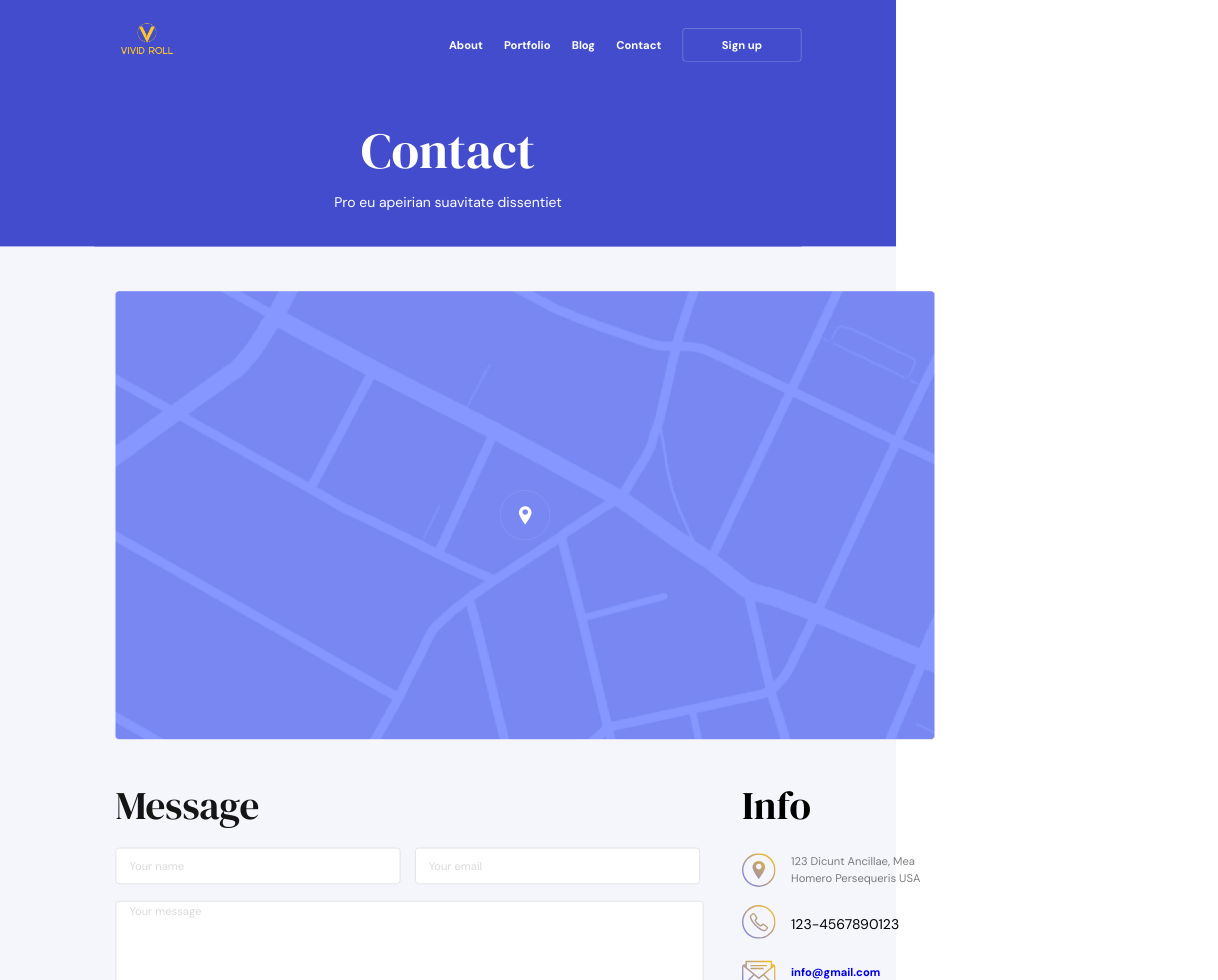
Repository: heyyrahul/vivid-roll-405
Page: contact.html
The author's editor kept a copy of each file at every save. The page is drawn from the files as they stood at one save, then again after the next save.
The browser window is 1280 px wide. The page is 1740 px wide, so the pictures cover 1740 px, including what lies to the right of the window. The pictures show the part of the page from y = 0 to 1400 px (the page is 2371 px tall), at 70% of full size.
The style sheet was rebuilt from its Sass, Less or Tailwind sources for each picture, by a compiler version that may differ from the author's.

Above is the page before, as saved 2023-11-05 21:52:11.

### contact.html
<!DOCTYPE html>
<html lang="en">

<head>
  <meta charset="UTF-8">
  <meta name="viewport" content="width=device-width, initial-scale=1.0">
  <link rel="stylesheet" href="https://fonts.googleapis.com/css2?family=DM Serif Display:wght@400&display=swap" />
  <link rel="stylesheet" href="https://fonts.googleapis.com/css2?family=DM Sans:wght@400;700&display=swap" />
  <link rel="stylesheet"
    href="https://fonts.googleapis.com/css2?family=Material+Symbols+Outlined:opsz,wght,FILL,GRAD@20..48,100..700,0..1,-50..200" />
  <link rel="stylesheet" href="styles.css">
  <title>Contact</title>
</head>

<body>
  <div id="parent2">
    <div class="gaurav">
      <div class="about">
        <nav>
          <div class="logo">
            <!-- <h3>LOGO</h3> -->
            <a href="/"><img src="mainlogo.png" alt="LOGO">
          </div>

          <div class="links">
            <a href="./index.html">About</a>
            <a href="">Portfolio</a>
            <a href="">Blog</a>
            <a href="./contact.html">Contact</a>
            <button>Sign up</button>
            <!-- <svg xmlns="http://www.w3.org/2000/svg" width="20" height="14" viewBox="0 0 20 14" fill="none">
              <path fill-rule="evenodd" clip-rule="evenodd" d="M0 0H20V2H0V0ZM0 6H20V8H0V6ZM20 12H0V14H20V12Z"
                fill="white" />
            </svg> -->
            <span class="material-symbols-outlined">
              menu
            </span>
            <div id="hoverlinkss">
              <a href="#">About</a>
              <a href="#">Portfolio</a>
              <a href="#">Blog</a>
              <a href="./contact.html">Contact</a>
            </div>
          </div>
        </nav>
        <div class="upper2">
          <h1>Contact</h1>
          <p>Pro eu apeirian suavitate dissentiet</p>
        </div>
      </div>
      <div class="outer">

        <div class="map">
          <div class="pointers">
            <svg class="op1" xmlns="http://www.w3.org/2000/svg" width="108" height="108" viewBox="0 0 108 108"
              fill="none">
              <path opacity="0.102841"
                d="M54.0011 107C24.7294 107 1 83.2754 1 54C1 24.729 24.7294 1 54.0011 1C83.2705 1 107 24.7311 107 54C107 83.2754 83.2706 107 54.0011 107Z"
                stroke="white" stroke-width="2" />
              <path fill-rule="evenodd" clip-rule="evenodd"
                d="M68 48.5C68 55.9558 54.5 74 54.5 74C54.5 74 41 55.9558 41 48.5C41 41.0442 47.0442 35 54.5 35C61.9558 35 68 41.0442 68 48.5ZM60.5 47C60.5 50.3137 57.8137 53 54.5 53C51.1863 53 48.5 50.3137 48.5 47C48.5 43.6863 51.1863 41 54.5 41C57.8137 41 60.5 43.6863 60.5 47Z"
                fill="white" />
            </svg>
          </div>
        </div>
        <!-- ********************************************* -->



        <div class="mainD">
          <div class="message1">

            <h2>Message</h2>

            <div class="colect">

              <div class="name1">
                <input type="text" class="name2" placeholder="    Your name">
              </div>

              <div class="email1">
                <input type="text" class="name2" placeholder="    Your email">
              </div>
            </div>


            <div class="textarea">

              <textarea class="textarea1" placeholder="    Your message" name="Your message" id="" cols="30"
                rows="10"></textarea>

            </div>

            <button class="bt1" type="submit">Submit</button>
          </div>
          <!-- ******************************************************** -->

          <div class="info1">
            <h2>Info</h2>
            <div class="lok">

              <div class="lok2">
                <svg xmlns="http://www.w3.org/2000/svg" width="48" height="48" viewBox="0 0 48 48" fill="none">
                  <path fill-rule="evenodd" clip-rule="evenodd"
                    d="M0 24C0 10.7452 10.7454 0 24.0005 0C37.2546 0 48 10.7462 48 24C48 37.2568 37.2546 48 24.0005 48C10.7454 48 0 37.2568 0 24ZM2 24C2 36.1515 11.8493 46 24.0005 46C36.1509 46 46 36.1514 46 24C46 11.8505 36.1498 2 24.0005 2C11.85 2 2 11.8498 2 24ZM24 37C24 37 33 24.9706 33 20C33 15.0294 28.9706 11 24 11C19.0294 11 15 15.0294 15 20C15 24.9706 24 37 24 37ZM24 23C26.2091 23 28 21.2091 28 19C28 16.7909 26.2091 15 24 15C21.7909 15 20 16.7909 20 19C20 21.2091 21.7909 23 24 23Z"
                    fill="url(#paint0_linear_6202_430)" />
                  <defs>
                    <linearGradient id="paint0_linear_6202_430" x1="24" y1="-24" x2="-24" y2="24"
                      gradientUnits="userSpaceOnUse">
                      <stop stop-color="#FFC105" />
                      <stop offset="1" stop-color="#737CFF" />
                    </linearGradient>
                  </defs>
                </svg>
              </div>
              <div class="masg2">
                123 Dicunt Ancillae, Mea
                Homero Persequeris USA
              </div>
            </div>

            <div class="call">
              <div class="symb2">
                <svg xmlns="http://www.w3.org/2000/svg" width="48" height="48" viewBox="0 0 48 48" fill="none">
                  <path fill-rule="evenodd" clip-rule="evenodd"
                    d="M0 24C0 10.7452 10.7454 0 24.0005 0C37.2546 0 48 10.7462 48 24C48 37.2568 37.2546 48 24.0005 48C10.7454 48 0 37.2568 0 24ZM2 24C2 36.1515 11.8493 46 24.0005 46C36.1509 46 46 36.1514 46 24C46 11.8505 36.1498 2 24.0005 2C11.85 2 2 11.8498 2 24ZM26.7938 28.4975C27.0433 28.337 27.2787 28.166 27.8288 27.7532C29.2981 26.6505 29.6713 26.4105 30.3321 26.4105H30.5682L30.7793 26.5161C32.4051 27.329 35.5367 29.6772 37.1317 31.2723L37.4246 31.5652V31.9794C37.4246 34.0554 33.9307 37.5482 31.8546 37.5482L31.6586 37.5288C23.6501 35.9288 12.6813 24.9586 11.0781 16.9478L11.0586 16.7516C11.0586 14.6768 14.5526 11.1827 16.6273 11.1827H16.8634L17.0746 11.2883C18.5988 12.0505 20.7708 15.1876 22.0905 17.8269L22.196 18.0381V18.2741C22.196 18.9346 21.9561 19.3079 20.8543 20.7777C20.4418 21.328 20.2709 21.5637 20.1105 21.8133C20.071 21.8747 20.0375 21.9305 20.0099 21.9763L20.0098 21.9765C19.9948 22.0016 19.9814 22.0237 19.9699 22.0422C20.8585 24.0304 24.577 27.7492 26.5653 28.638C26.5838 28.6264 26.606 28.6131 26.6311 28.5979L26.6311 28.5979C26.6769 28.5704 26.7325 28.537 26.7938 28.4975ZM30.0643 28.6086C29.8148 28.7691 29.5793 28.9401 29.0293 29.3529C27.5598 30.4556 27.1868 30.6956 26.526 30.6956H26.3637L26.2097 30.6443C23.6274 29.7835 18.8244 24.9803 17.9637 22.3979L17.9123 22.244V22.0817C17.9123 21.4212 18.1522 21.0479 19.2541 19.5781C19.6666 19.0278 19.8375 18.7922 19.9979 18.5426C20.0374 18.4811 20.0709 18.4253 20.0985 18.3794L20.0985 18.3794L20.1134 18.3546C19.0568 16.3455 17.3867 13.9374 16.4055 13.2182C15.3422 13.5237 13.1816 15.7223 13.0637 16.674C14.5886 23.8478 24.7609 34.0213 31.9321 35.5432C32.8484 35.4301 34.917 33.4281 35.3458 32.3284C33.9377 31.015 31.6286 29.2834 30.2442 28.4978L30.2271 28.5081L30.227 28.5081C30.1812 28.5357 30.1256 28.5691 30.0643 28.6086Z"
                    fill="url(#paint0_linear_6202_438)" />
                  <defs>
                    <linearGradient id="paint0_linear_6202_438" x1="24" y1="-24" x2="-24" y2="24"
                      gradientUnits="userSpaceOnUse">
                      <stop stop-color="#FFC105" />
                      <stop offset="1" stop-color="#737CFF" />
                    </linearGradient>
                  </defs>
                </svg>
              </div>
              <div class="num1">123-4567890123</div>

            </div>



            <div class="masg">
              <div class="symb3">
                <svg class="symb3" xmlns="http://www.w3.org/2000/svg" width="48" height="37" viewBox="0 0 48 37"
                  fill="none">
                  <path fill-rule="evenodd" clip-rule="evenodd"
                    d="M41 9.79885V2H7V9.79885L24 23.7079L41 9.79885ZM43 8.16248L44.3758 7.0368C44.251 7.01265 44.1221 7 43.9901 7H43V8.16248ZM43 5H43.9901C44.7726 5 45.5025 5.22358 46.1194 5.61023L46.1407 5.5928L46.1944 5.65837C47.2824 6.37446 48 7.60562 48 9.00426V32.9957C48 35.211 46.2047 37 43.9901 37H4.00989C1.79405 37 0 35.2072 0 32.9957V9.00426C0 7.60303 0.718312 6.37233 1.8067 5.65707L1.85928 5.5928L1.88019 5.60991C2.49728 5.22334 3.22741 5 4.00989 5H5V0H43V5ZM5 8.16248V7H4.00989C3.87788 7 3.74889 7.01262 3.62406 7.03672L5 8.16248ZM36 6V8H12V6H36ZM12 10V12H31V10H12ZM2.1008 8.37454C2.03538 8.5725 2 8.78419 2 9.00426V32.9957C2 33.1761 2.02386 33.3509 2.06861 33.5172L15.9115 19.6742L2.1008 8.37454ZM4.00989 35C3.82771 35 3.65125 34.9759 3.48353 34.9307L17.4526 20.9616L17.307 20.8159L24 26.2921L30.9043 20.6431L30.5858 20.9616L44.5467 34.9225C44.37 34.973 44.1833 35 43.9901 35H4.00989ZM45.9395 33.4869C45.979 33.3298 46 33.1652 46 32.9957V9.00426C46 8.78435 45.9645 8.5727 45.899 8.37472L32.1096 19.657L45.9395 33.4869Z"
                    fill="url(#paint0_linear_6202_446)" />
                  <defs>
                    <linearGradient id="paint0_linear_6202_446" x1="24" y1="-18.5" x2="-11.7811" y2="27.9187"
                      gradientUnits="userSpaceOnUse">
                      <stop stop-color="#FFC105" />
                      <stop offset="1" stop-color="#737CFF" />
                    </linearGradient>
                  </defs>
                </svg>
              </div>
              <div class="masg3">
                <a href="mailto: info@gmail.com" style="text-decoration: none;">info@gmail.com</a>


              </div>

            </div>

            <div class="allsymb">

              <div class="allsymb1">

                <div class="f1">
                  <svg class="f2" xmlns="http://www.w3.org/2000/svg" width="9" height="18" viewBox="0 0 9 18"
                    fill="none">
                    <path fill-rule="evenodd" clip-rule="evenodd"
                      d="M2.25 6H0V9H2.25V18H6V9H8.7315L9 6H6V4.74975C6 4.0335 6.144 3.75 6.83625 3.75H9V0H6.144C3.447 0 2.25 1.18725 2.25 3.46125V6Z"
                      fill="white" />
                  </svg>
                </div>
                <svg class="allsymb1" xmlns="http://www.w3.org/2000/svg" width="48" height="48" viewBox="0 0 48 48"
                  fill="none">
                  <rect width="48" height="48" rx="5" fill="#434CCC" />
                </svg>
              </div>

              <div class="allsymb2">
                <div class="twe1">
                  <svg class="twe1" xmlns="http://www.w3.org/2000/svg" width="18" height="15" viewBox="0 0 18 15"
                    fill="none">
                    <path fill-rule="evenodd" clip-rule="evenodd"
                      d="M18 1.77579C17.3377 2.07727 16.626 2.2803 15.879 2.37182C16.6418 1.90346 17.2275 1.1613 17.5028 0.276866C16.7895 0.710624 15.999 1.02594 15.1575 1.19591C14.4848 0.459906 13.524 0 12.462 0C10.0778 0 8.32575 2.28107 8.86425 4.64905C5.796 4.49139 3.075 2.984 1.25325 0.692935C0.28575 2.39489 0.7515 4.62136 2.3955 5.74882C1.791 5.72883 1.221 5.55886 0.72375 5.27507C0.68325 7.02933 1.9095 8.67053 3.6855 9.03584C3.16575 9.18042 2.5965 9.21426 2.0175 9.10044C2.487 10.6047 3.8505 11.6991 5.4675 11.7299C3.915 12.9781 1.959 13.5357 0 13.2988C1.63425 14.3732 3.576 15 5.661 15C12.5175 15 16.3912 9.06199 16.1572 3.73616C16.8787 3.20165 17.505 2.53486 18 1.77579Z"
                      fill="white" />
                  </svg>
                </div>
                <svg xmlns="http://www.w3.org/2000/svg" width="48" height="48" viewBox="0 0 48 48" fill="none">
                  <rect width="48" height="48" rx="5" fill="#434CCC" />
                </svg>

              </div>


              <div class="allsymb1">
                <div class="snap1">
                  <svg class="snap1" xmlns="http://www.w3.org/2000/svg" width="18" height="18" viewBox="0 0 18 18"
                    fill="none">
                    <path fill-rule="evenodd" clip-rule="evenodd"
                      d="M9 0C6.55575 0 6.24975 0.0105 5.28975 0.054C2.02125 0.204 0.20475 2.0175 0.05475 5.289C0.0105 6.24975 0 6.55575 0 9C0 11.4443 0.0105 11.751 0.054 12.711C0.204 15.9795 2.0175 17.796 5.289 17.946C6.24975 17.9895 6.55575 18 9 18C11.4443 18 11.751 17.9895 12.711 17.946C15.9765 17.796 17.7975 15.9825 17.9452 12.711C17.9895 11.751 18 11.4443 18 9C18 6.55575 17.9895 6.24975 17.946 5.28975C17.799 2.02425 15.9832 0.20475 12.7118 0.05475C11.751 0.0105 11.4443 0 9 0ZM9 1.62225C11.403 1.62225 11.688 1.63125 12.6375 1.67475C15.0765 1.78575 16.2157 2.943 16.3267 5.364C16.3703 6.31275 16.3785 6.59775 16.3785 9.00075C16.3785 11.4045 16.3695 11.6888 16.3267 12.6375C16.215 15.0563 15.0787 16.2157 12.6375 16.3267C11.688 16.3703 11.4045 16.3792 9 16.3792C6.597 16.3792 6.312 16.3703 5.36325 16.3267C2.91825 16.215 1.785 15.0525 1.674 12.6367C1.6305 11.688 1.6215 11.4037 1.6215 9C1.6215 6.597 1.63125 6.31275 1.674 5.36325C1.78575 2.943 2.922 1.785 5.36325 1.674C6.31275 1.63125 6.597 1.62225 9 1.62225ZM4.3785 9C4.3785 6.44775 6.44775 4.3785 9 4.3785C11.5522 4.3785 13.6215 6.44775 13.6215 9C13.6215 11.553 11.5522 13.6222 9 13.6222C6.44775 13.6222 4.3785 11.5522 4.3785 9ZM9 12C7.34325 12 6 10.6575 6 9C6 7.34325 7.34325 6 9 6C10.6567 6 12 7.34325 12 9C12 10.6575 10.6567 12 9 12ZM12.7238 4.19625C12.7238 3.6 13.2075 3.11625 13.8045 3.11625C14.4008 3.11625 14.8837 3.6 14.8837 4.19625C14.8837 4.7925 14.4008 5.27625 13.8045 5.27625C13.2075 5.27625 12.7238 4.7925 12.7238 4.19625Z"
                      fill="white" />
                  </svg>
                </div>
                <svg xmlns="http://www.w3.org/2000/svg" width="48" height="48" viewBox="0 0 48 48" fill="none">
                  <rect width="48" height="48" rx="5" fill="#434CCC" />
                </svg>

              </div>


            </div>




          </div>
        </div>



      </div>
    </div>
    <div class="main-footer">
      <footer>
        <div class="footer-first">
          <div id="child-footer">
            <div class="child-footer-1">
              <h5>pericula</h5>
              <h2>Mea modus volumus abhorreant</h2>
            </div>
            <div class="child-footer-2">
              <input type="email" placeholder="Email">
              <button id="button-1">Subscribe</button>
            </div>
          </div>
        </div>
        <div class="footer-second">
          <div class="footer-sub">
            <div>
              <h4>LOGO</h4>
              <p>Pro eu apeirian suavitate dissentiet, qui dicunt ancillae id, ne mea homero persequeris.</p>
              <div class="social-media">
                <img src="faceb.svg" alt="error">
                <img src="twitkaro.svg" alt="Logo">
                <img src="isntak.svg" alt="Logo">
              </div>
            </div>
            <div>
              <h5 style="font-weight: bold;">Causae</h5>
              <p>Doming</p>
              <p>Dicunt</p>
              <p>Feugait</p>
              <p>Scripta</p>
            </div>
            <div>
              <h5 style="font-weight: bold;">Aperiri</h5>
              <p>Postulant</p>
              <p>Affert</p>
              <p>Audire</p>
              <p>Quaestio</p>
            </div>
            <div>
              <div class="fine">
                <div>
                  <img src="lady.svg" alt="error">
                </div>
                <div>
                  <p style="opacity: 50%;">Ius delectus instructior eu, eu eum mentitum percipit forensibus</p>
                  <p id="data1" style="color: #000;;">July 15, 2019</p>
                </div>

              </div>
              <div class="fine">
                <div>
                  <img src="roadsaf.png" alt="error">
                </div>
                <div>
                  <p style="opacity: 50%;">Altera integre suavitate per an, alienum phaedrum te sea</p>
                  <p id="dateee">July 10, 2019</p>

                </div>
              </div>
            </div>
          </div>
          <div class="divide"></div>

          <div class="end">
            <p>Created by Laaqiq</p>
            <p>© LOGO, 2019. All rights reserved.</p>
          </div>
        </div>
      </footer>
    </div>

  </div>
</body>

</html>

### styles.scss
$bgclr: #434ccc;

#parent {
  width: 100%;
  height: 6144px;
  box-sizing: border-box;
  background-color: rgb(169, 253, 225);

}
body {
  margin: 0px;
  padding: 0px;
}

@import "rahul.scss";
@import "asif.scss";
@import "gaurav.scss";
@import "mayank.scss";
@import "anusha.scss";




#parent2 {
  width: 100%;
  height: 2304px;

  background-color: #f5f6fc;
}

### _asif.scss
.asif {
  height: 1248px;
  background-color: #888bb6;

  @media (max-width: 768px) {
    height: auto;
  }
  h2 {
    color: var(--Text_White, #fff);

    font-family: DM Serif Display;
    font-size: 56px;
    font-style: normal;
    font-weight: 400;
    line-height: 64px;
  }

  p {
    color: var(--Text_White, #fff);
    text-align: center;

    font-family: DM Sans;
    font-size: 20px;
    font-style: normal;
    font-weight: 400;
    line-height: 32px;
  }
  display: flex;
  flex-direction: column;

  background-color: rgb(240, 8, 8);

  #sub-1 {
    display: flex;
    flex-direction: column;
    background: #434ccc;
    height: 480px;
    @media (max-width: 768px) {
      height: auto;
    }

    .upper {
      text-align: center;
      height: 252px;

      h1 {
        color: var(--Text_White, #fff);
        text-align: center;

        font-family: DM Serif Display;
        font-size: 72px;
        font-style: normal;
        font-weight: 400;
      }
      p {
        width: 770px;
        text-align: center;
        margin: auto;
      }
    }

    .bottom {
      display: flex;
      justify-content: space-around;
      flex-wrap: wrap;
      height: 228px;
      width: 85%;
      margin: auto;

      @media (max-width: 768px) {
        flex-direction: column;
        align-items: center;
        height: auto;
        .item {
          width: 100%;
          margin-bottom: 20px;
        }
      }

      .item {
        display: flex;
        flex-direction: column;
      }

      p {
        color: var(--text-white-50, rgba(255, 255, 255, 0.5));
        text-align: center;

        font-family: DM Sans;
        font-size: 16px;
        font-style: normal;
        font-weight: 400;
        line-height: 24px;
        margin-top: 0px;
      }

      h1 {
        color: var(--Text_White, #fff);
        text-align: center;
        margin-bottom: 0px;

        font-family: DM Serif Display;
        font-size: 72px;
        font-style: normal;
        font-weight: 400;
        line-height: 80px;
      }
    }
  }

  .sub2 {
    display: flex;
    background-color: #f5f6fc;
    height: 768px;
    width: 100%;
    justify-content: center;
    align-items: center;

    @media (max-width: 768px) {
      height: auto;
      flex-direction: column;
      padding: 20px 0;
    }
    .wrap {
      display: flex;
      justify-content: space-between;
      height: 70%;
      width: 85%;
      margin: auto;

      @media (max-width: 768px) {
        flex-direction: column;
        // margin-top: 110px;
      }

      .chx1 {
        width: 45%;
        margin-top: -28px;

        h5 {
          color: var(--Text_Black, #000);
          font-family: DM Sans;
          font-size: 16px;
          font-style: normal;
          font-weight: 400;
          line-height: 24px;
          letter-spacing: 4.8px;
          text-transform: uppercase;
        }

        h3 {
          color: var(--Text_Black, #000);
          margin-top: 30px;
          font-family: DM Serif Display;
          font-size: 56px;
          font-style: normal;
          font-weight: 400;
          line-height: 64px;
          @media (max-width: 768px) {
            color: var(--Text_Black, #000);
            font-size: 40px;
            font-style: normal;
            line-height: 48px;
          }
        }
        p {
          color: var(--Text_Black, #000);
          font-family: DM Sans;
          font-size: 20px;
          font-style: normal;
          font-weight: 400;
          line-height: 32px;
          text-align: left;
          width: 338px;
          height: 230px;
          flex-shrink: 0;
          margin-top: -34px;
        }
        .ex {
          width: 170px;
          height: 48px;
          flex-shrink: 0;
          border-color: #bcc0ed;
          cursor: pointer;
          width: 170px;
          height: 48px;
          border-radius: 5px;
          background-color: transparent;
          color: #434ccc;
          font-family: "DM Sans";
          font-weight: 700;
          background-color: #f5f6fc;

          @media (max-width: 768px) {
            margin-top: 33px;
            margin-bottom: 72px;
          }
        }
      }

      .chx2 {
        display: grid;
        width: 50%;
        gap: 8% 8%;
        width: 80%;
        padding-top: 60px;
        grid-template-columns: repeat(2, 1fr);

        @media (max-width: 768px) {
          height: auto;
          grid-template-columns: 1fr;
          width: 100%;
          margin-bottom: 300px;

          .card {
            width: 100%;
          }
        }

        .card {
          display: flex;

          .con {
            margin-left: 20px;
          }

          h4 {
            margin-top: 0px;
            color: var(--Text_Black, #000);
            font-family: DM Serif Display;
            font-size: 24px;
            font-style: normal;
            font-weight: 400;
            line-height: 32px;
          }

          p {
            color: var(--text-black-50, rgba(0, 0, 0, 0.5));
            font-family: DM Sans;
            font-size: 16px;
            font-style: normal;
            font-weight: 400;
            line-height: 24px;
            width: 270px;
            text-align: left;
            margin-top: -25px;
          }
        }
      }
    }
  }

  @media (max-width: 768px) {
    #sub-1 {
      height: auto;
      .upper {
        p {
          color: var(--Text_White, #fff);
          text-align: center;
          width: 346px;
          font-family: DM Sans;
          font-size: 20px;
          font-style: normal;
          font-weight: 400;
          line-height: 32px;
        }
      }
    }
  }
}

Loaded but not shown: _rahul.scss (547 lines, source omitted); _gaurav.scss (504 lines, source omitted); _mayank.scss (424 lines, source omitted); _anusha.scss (419 lines, source omitted)

After the next save:
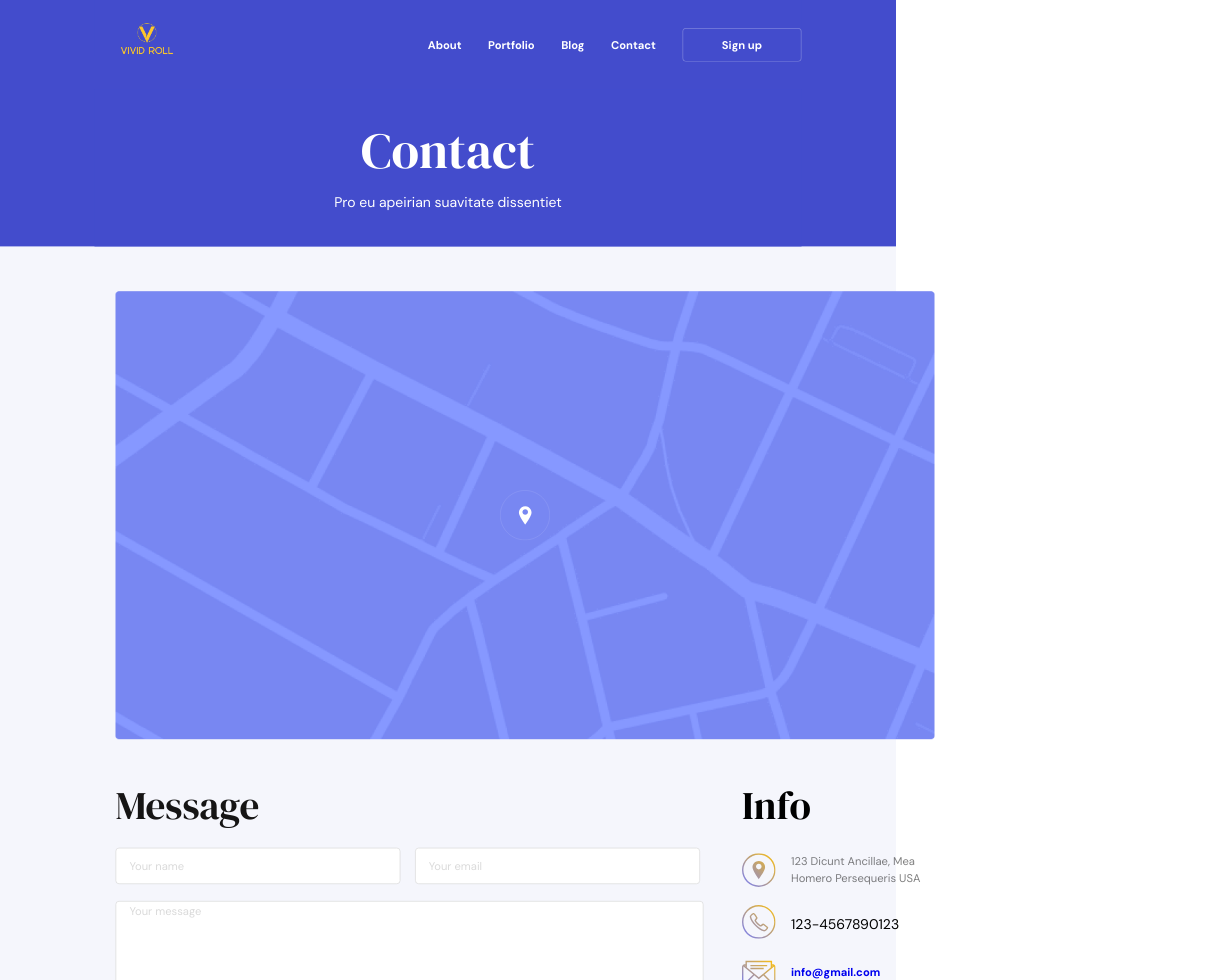
Saved 7 s later.
--- a/contact.html
+++ b/contact.html
@@ -19,7 +19,7 @@
         <nav>
           <div class="logo">
             <!-- <h3>LOGO</h3> -->
-            <a href="/"><img src="mainlogo.png" alt="LOGO">
+            <img src="mainlogo.png" alt="LOGO">
           </div>
 
           <div class="links">
